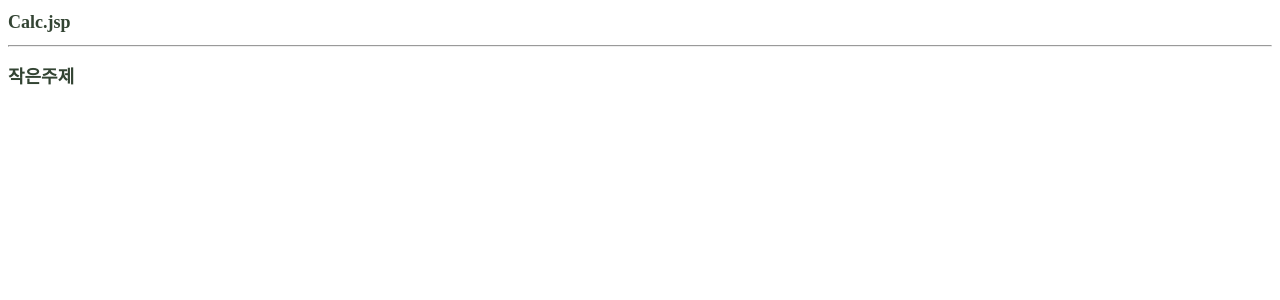
Repository: hyyrim/WebStudy
Page: http://localhost/WebApp16/Calc.jsp
These files come from the project's save history. The page is drawn as it stood at one moment and after the next save; the edit follows.
The browser window is 1280 px wide. The pictures show the whole page.
The page is served by Tomcat 9.

Above is the page before, as saved 2021-05-20 03:05:07.

After the next save:
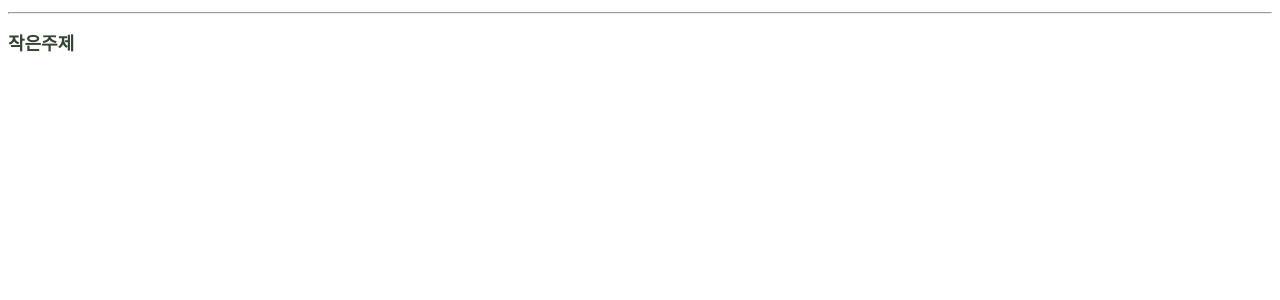
Saved 8 s later.
--- a/WebApp16/WebContent/Calc.jsp
+++ b/WebApp16/WebContent/Calc.jsp
@@ -3,14 +3,14 @@
 <html>
 <head>
 <meta charset="UTF-8">
-<title>SampleTest.jsp</title>
+<title>Calc.jsp</title>
 <link rel="stylesheet" type="text/css" href="css/default.css">
 
 </head>
 <body>
 
 <div>
-	<h1>Calc.jsp</h1>
+	<h1></h1>
 	<hr>
 </div>
 
